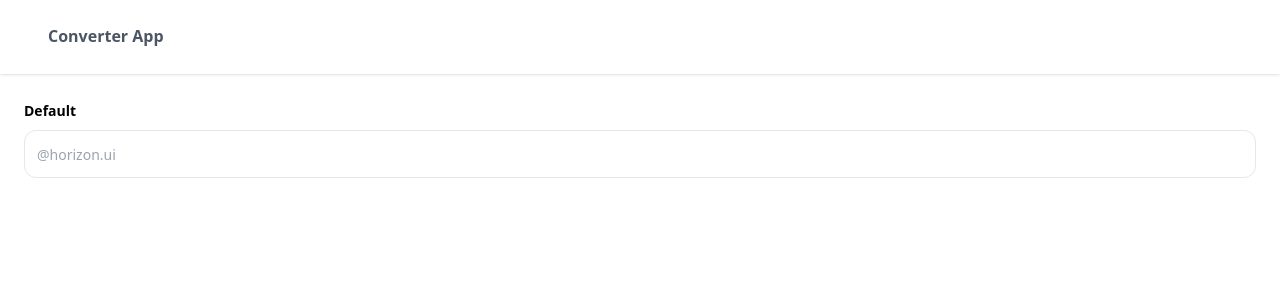
Repository: mikelCabezas/angular-exercices
Page: / (app in converter/)
The author's editor kept a copy of each file at every save. The page is drawn from the files as they stood at one save, then again after a run of saves.
The browser window is 1280 px wide. The pictures show the whole page.
The project was rebuilt for these pictures with package versions that can differ from the ones it lists, and the page was loaded fresh each time. Some packages were replaced by stand-ins written for this rebuild. Also part of the build but not shown: converter/angular.json.

Above is the page before, as saved 2023-09-15 18:02:31.

After the next 2 saves:
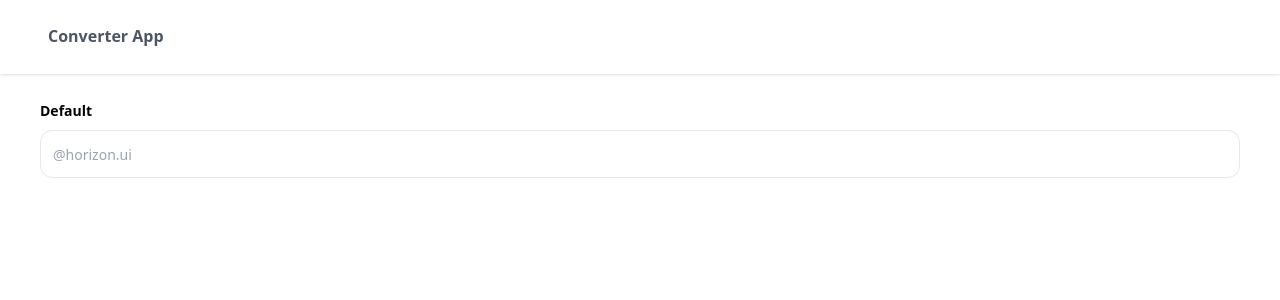
The 2 saves are shown as one change because they came seconds apart.
The last was saved 6 s later.
--- a/converter/src/app/components/converter/converter.component.html
+++ b/converter/src/app/components/converter/converter.component.html
@@ -1,6 +1,6 @@
 <div class="container mx-auto p-6">
     <div class="row">
-        <div class="col p-">
+        <div class="col px-4">
             <div class="mb-3">
                 <label for="email" class="text-sm text-navy-700 dark:text-white font-bold">Default</label>
                 <input
